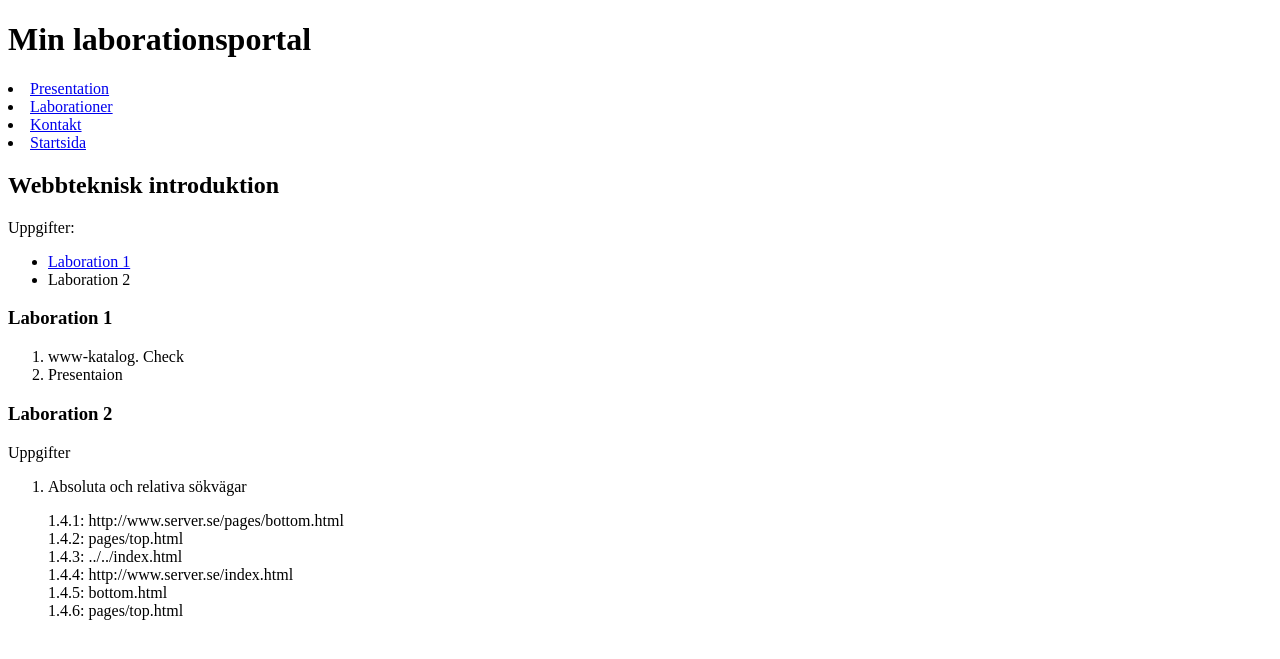
Repository: ac222jv/1IK415-Laborationer
Page: Pages/Laborationer.html
The author's editor kept a record of every edit. The page is drawn from the files as they stood at one moment, then again after the next edit.
The browser window is 1280 px wide. The pictures show the whole page.

Above is the page before.

### Pages/Laborationer.html
<!DOCTYPE html>
<html>
    <head>
        <meta charset="UTF-8" />
        <title> Laborationsportal</title>

    </head>

    <body>



      <h1> Min laborationsportal</h1>

       <li>
    <a href="Presentation.html"> Presentation </a>
    </li>

    <li>
    <a href="Laborationer.html"> Laborationer </a>
    </li>

    <li>
    <a href="Kontakt.html"> Kontakt </a>
    </li>


     <li>
    <a href="../index.html"> Startsida </a>
    </li>

    </ul>


    <h2>Webbteknisk introduktion</h2>

    <p>Uppgifter:</p>

    <ul>
        <li>
        <a href="#laboration 1"> Laboration 1 </a>
        </li>

        <li>Laboration 2</li>

    </ul>

    <h3 id="laboration 1"> Laboration 1 </h3>

    <ol>
        <li>www-katalog. Check</li>
        <li>Presentaion</li>



    </ol>

    <h3>Laboration 2</h3>

    <p>Uppgifter</p>

    <ol>
        <li>Absoluta och relativa sökvägar</li>

    </ol>

    <dl>
       <dd>1.4.1: http://www.server.se/pages/bottom.html</dd>

       <dd>1.4.2: pages/top.html</dd>

       <dd> 1.4.3: ../../index.html</dd>

       <dd> 1.4.4: http://www.server.se/index.html</dd>

       <dd> 1.4.5: bottom.html</dd>

       <dd> 1.4.6: pages/top.html</dd>

        </dl>






    </body>

</html>

After the next edit:
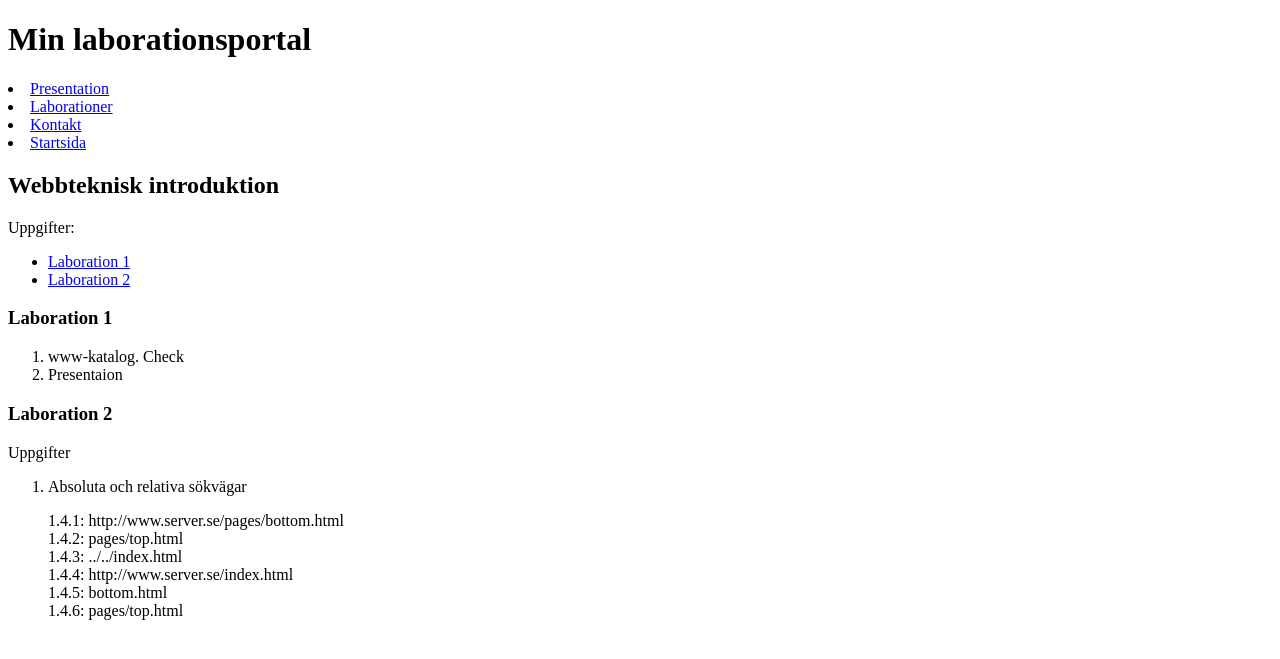
The edit:
--- a/Pages/Laborationer.html
+++ b/Pages/Laborationer.html
@@ -41,7 +41,9 @@
         <a href="#laboration 1"> Laboration 1 </a>
         </li>
 
-        <li>Laboration 2</li>
+        <li>
+        <a href="#laboration 2"> Laboration 2 </a>
+        </li>
 
     </ul>
 
